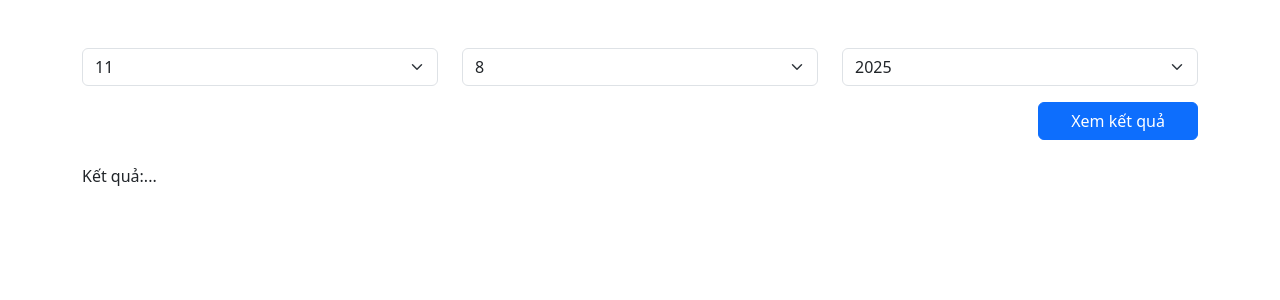
Repository: hoangngocnguyen/JavaNangCao
Page: http://localhost/Test/ngaythang.jsp
An editor plug-in stored every save of this project. The page is shown before and after the next save, followed by the edit.
The browser window is 1280 px wide. The pictures show the whole page.
The page is served by Tomcat 10.

Above is the page before, as saved 2025-09-12 15:14:20.

After the next save:
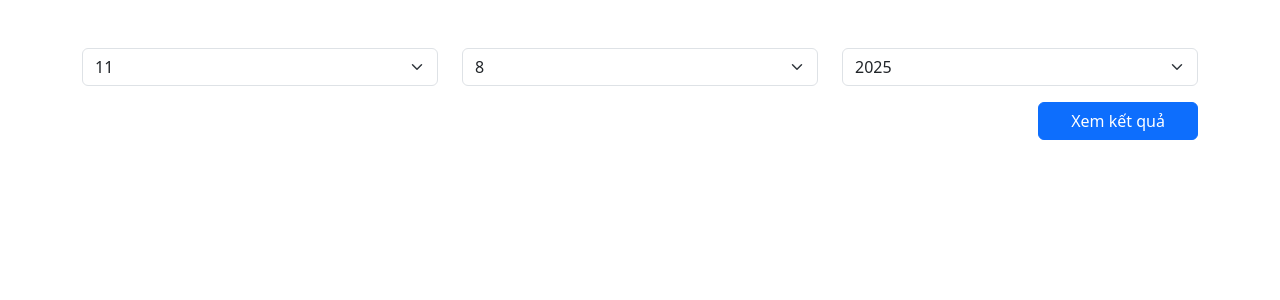
Saved 71 s later.
--- a/Test/src/main/webapp/ngaythang.jsp
+++ b/Test/src/main/webapp/ngaythang.jsp
@@ -73,7 +73,7 @@
             <button class="btn btn-primary w-40" onclick="handleClick()">Xem kết quả</button>
         </div>
         <div class="mt-4" id="result">
-            Kết quả:<span>...</span>
+
         </div>
 
 

After the save that followed:
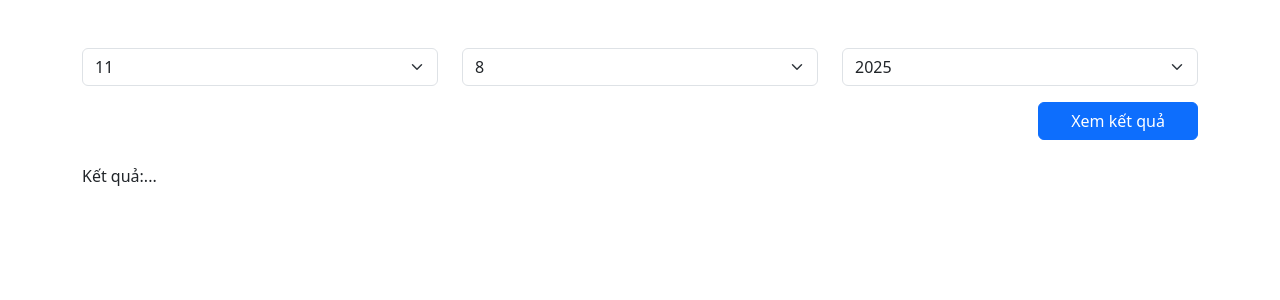
Saved 6 s later.
--- a/Test/src/main/webapp/ngaythang.jsp
+++ b/Test/src/main/webapp/ngaythang.jsp
@@ -73,7 +73,7 @@
             <button class="btn btn-primary w-40" onclick="handleClick()">Xem kết quả</button>
         </div>
         <div class="mt-4" id="result">
-
+            Kết quả:<span>...</span>
         </div>
 
 
